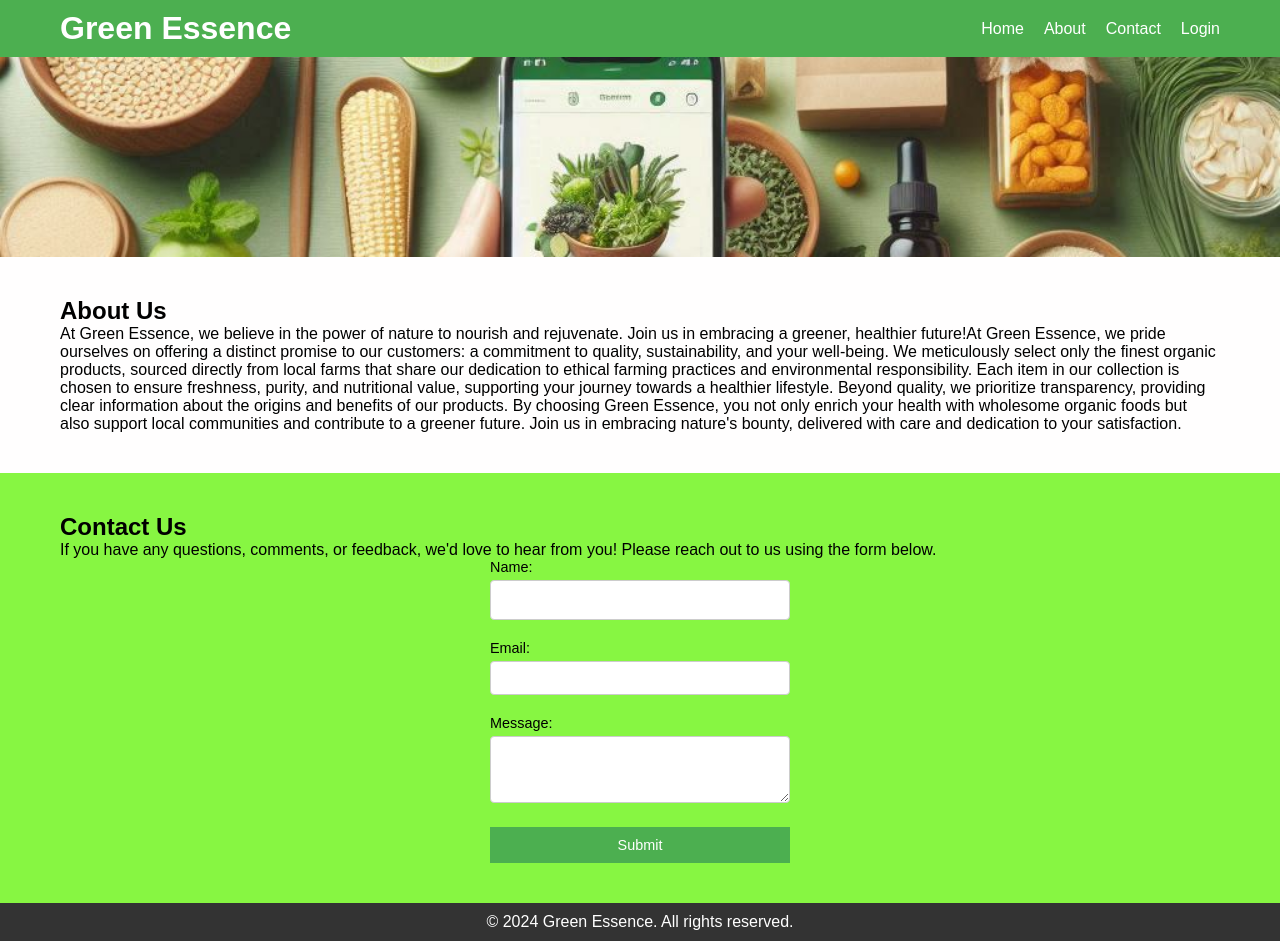
Repository: niki3210/Sahyadri
Page: Projectorganic/index.html
These files come from the project's save history. The page is drawn as it stood at one moment and after the next save; the edit follows.
The browser window is 1280 px wide. The pictures show the whole page.
Backgrounds fixed to the window are drawn as part of the page.

Above is the page before, as saved 2024-06-21 17:33:03.

After the next save:
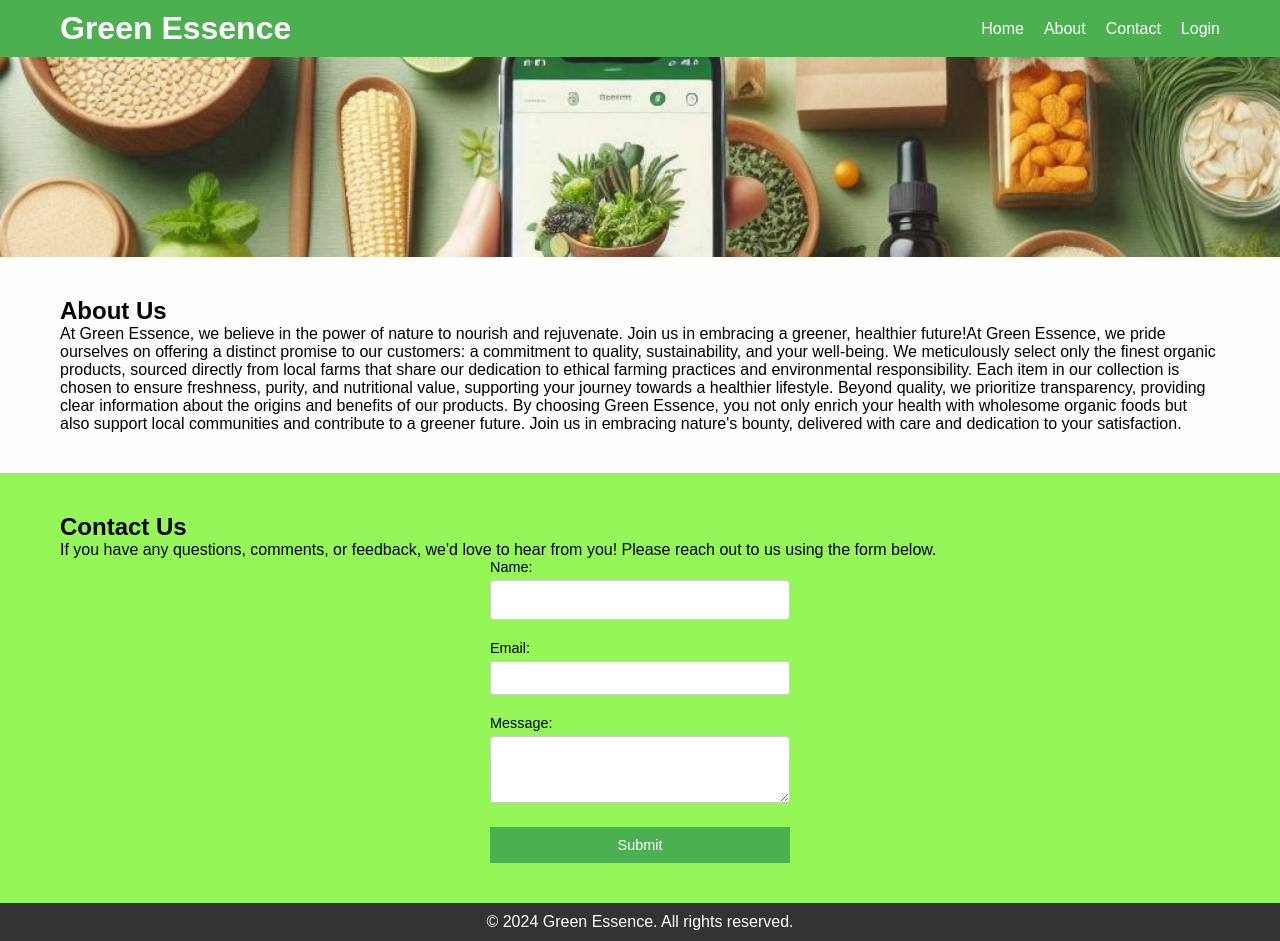
Saved 1 s later.
--- a/Projectorganic/styles.css
+++ b/Projectorganic/styles.css
@@ -89,7 +89,7 @@ section {
 
 /* Contact Form Styles */
 #contact {
-    background-color: #87f642;
+    background-color: #94f657;
     padding: 40px 0;
 }
 
